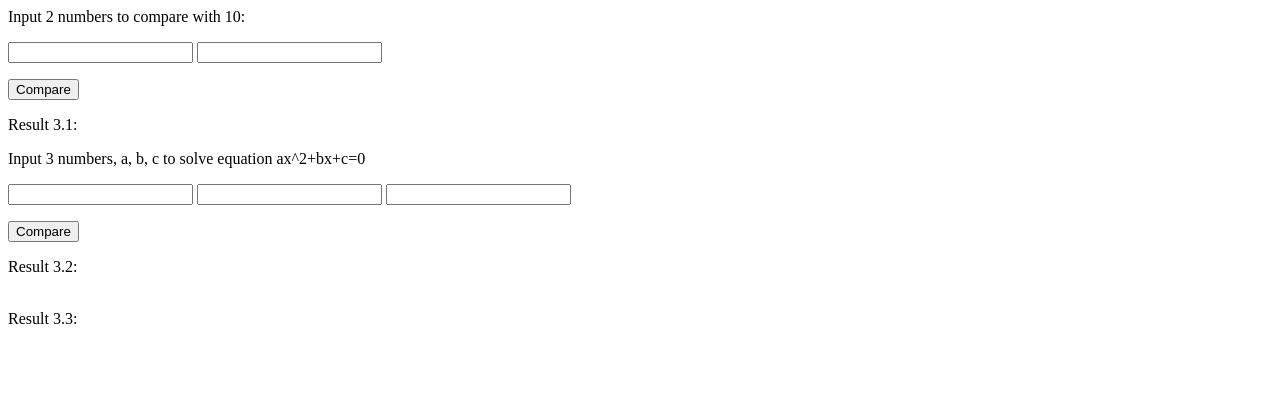
Repository: Hok1988/HomeWork
Page: HomeWork4/Massive/war/index.html
An editor plug-in stored every save of this project. The page is shown before and after the next save, followed by the edit.
The browser window is 1280 px wide. The pictures show the whole page.
The page's requests for data from a server got no answer.

Above is the page before, as saved 2016-05-27 19:23:17.

### HomeWork4/Massive/war/index.html
<!DOCTYPE HTML PUBLIC "-//W3C//DTD HTML 4.01 Transitional//EN">
<!-- The HTML 4.01 Transitional DOCTYPE declaration-->
<!-- above set at the top of the file will set     -->
<!-- the browser's rendering engine into           -->
<!-- "Quirks Mode". Replacing this declaration     -->
<!-- with a "Standards Mode" doctype is supported, -->
<!-- but may lead to some differences in layout.   -->

<html>
<head>
<title> </title>
<meta http-equiv="Content-Type" content="text/html;charset=utf-8">
</head>

<script src="jquery-2.1.0.min.js"></script>
<script>
  $( function() {
	  $('#answer_random').load("/massive?func=default");
	  $('#compare').click(function() {
			var var1 = $('#varCompare1').val();
			var var2 = $('#varCompare2').val();

			$('#result1').load("/massive?var1="+var1+"&var2="+var2+"&func=compare");
	  } );
	  $('#solve').click(function() {
			var var1 = $('#varSolve1').val();
			var var2 = $('#varSolve2').val();
			var var3 = $('#varSolve3').val();

			$('#result2').load("/massive?var1="+var1+"&var2="+var2+"&var3="+var3+"&func=solve");
	  } );
	  $('#result3').load("/massive?func=result3");
  } );
</script>
<body>
<span style="color:red" id="answer_random"></span>
 <form>
<p>Input 2 numbers to compare with 10:</p>
<input id="varCompare1" type="text"/>
<input id="varCompare2" type="text"/>
</form>
<button id="compare">Compare</button>
<p>
Result 3.1:
<b><span style="color:blue" id="result1"></span></b></p>
 <form>
<p>Input 3 numbers, a, b, c to solve equation ax^2+bx+c=0</p>
<input id="varSolve1" type="text"/>
<input id="varSolve2" type="text"/>
<input id="varSolve3" type="text"/>
</form>
<button id="solve">Compare</button>
<p>
Result 3.2:
<b><span style="color:blue" id="result2"></span></b></p> <br/>

 Result 3.3:
<div style="color:blue" id="result3"></div>
 </body>
</html>

Loaded but not shown: HomeWork4/Massive/war/jquery-2.1.0.min.js (library)

After the next save:
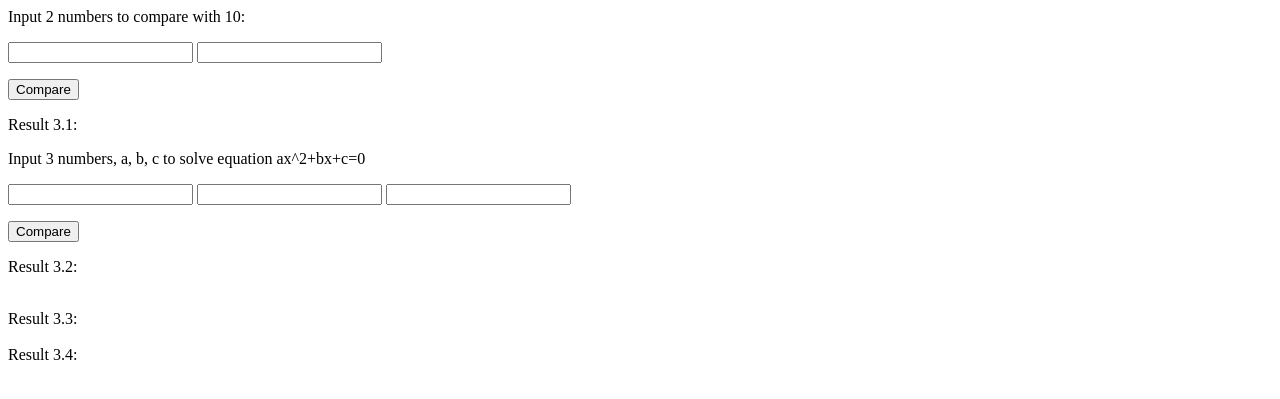
Saved 43 s later.
--- a/HomeWork4/Massive/war/index.html
+++ b/HomeWork4/Massive/war/index.html
@@ -30,6 +30,7 @@
 			$('#result2').load("/massive?var1="+var1+"&var2="+var2+"&var3="+var3+"&func=solve");
 	  } );
 	  $('#result3').load("/massive?func=result3");
+	  $('#result4').load("/massive?func=result4");
   } );
 </script>
 <body>
@@ -54,7 +55,9 @@ Result 3.1:
 Result 3.2:
 <b><span style="color:blue" id="result2"></span></b></p> <br/>
 
- Result 3.3:
-<div style="color:blue" id="result3"></div>
+Result 3.3:
+<div style="color:blue" id="result3"></div><br/>
+Result 3.4:
+<div style="color:blue" id="result4"></div>
  </body>
 </html>
